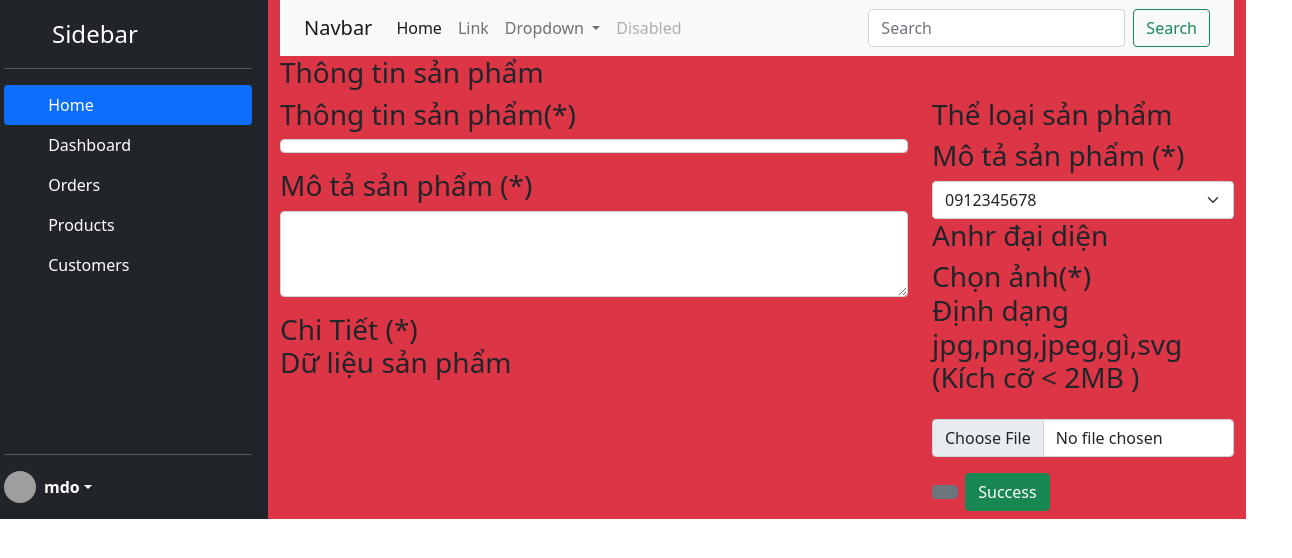
Repository: Lehuyhuynh/BT12-BOOTSTRAP
Page: index.html
These files come from the project's save history. The page is drawn as it stood at one moment and after a run of saves; the edit follows.
The browser window is 1280 px wide. The page is 1292 px wide, so the pictures cover 1292 px, including what lies to the right of the window. The pictures show the whole page.
Pictures or frames that could not be fetched are drawn as grey boxes.

Above is the page before, as saved 2023-08-19 22:46:20.

After the next 4 saves:
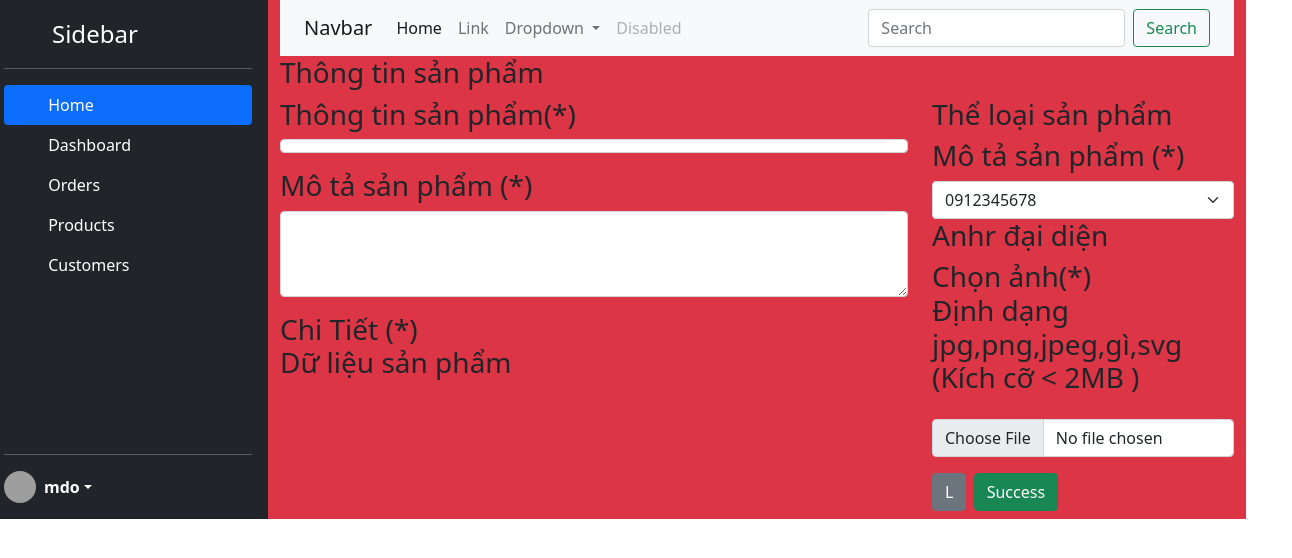
The 4 saves are shown as one change because they came seconds apart.
The last was saved 11 s later.
--- a/index.html
+++ b/index.html
@@ -160,7 +160,7 @@
                 </div>
               </div>
 
-              <button type="button" class="btn btn-secondary"></button>
+              <button type="button" class="btn btn-secondary">L</button>
               <button type="button" class="btn btn-success">Success</button>
             </div>
           </div>
